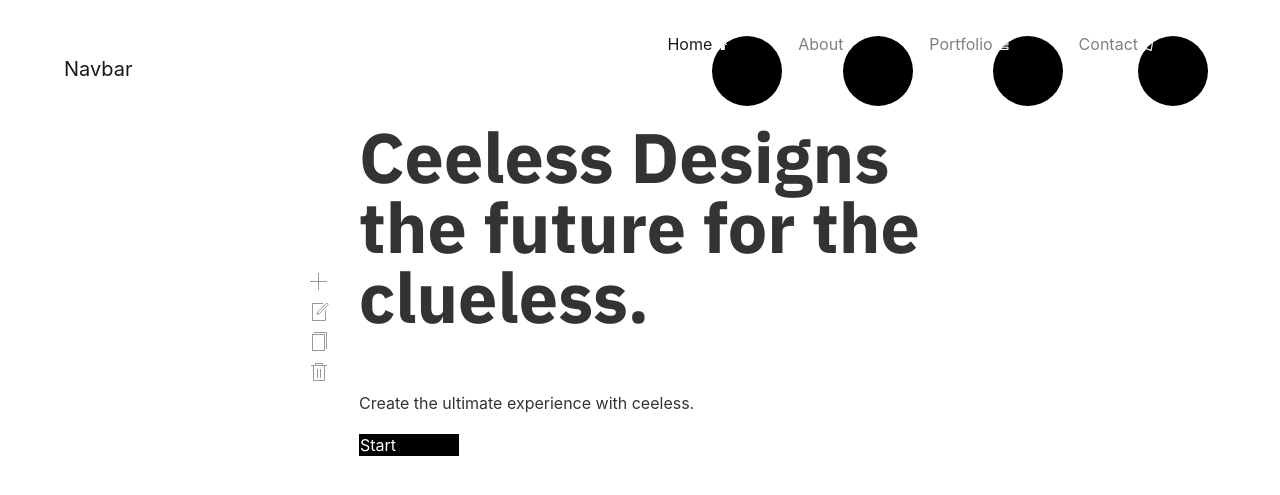
Repository: latenightsnacc/ceeless
Page: index.html
The author's editor kept a copy of each file at every save. The page is drawn from the files as they stood at one save, then again after the next save.
The browser window is 1280 px wide. The pictures show the whole page.
Some web libraries are served in a nearby version. The style sheet was rebuilt from its Sass, Less or Tailwind sources for each picture, by a compiler version that may differ from the author's.

Above is the page before, as saved 2020-06-11 16:34:51.

### index.html
<!DOCTYPE html>
<html lang="en">
<head>
    <meta charset="UTF-8">
    <meta name="viewport" content="width=device-width, initial-scale=1.0">

    <!--Bootstrap-->
    <link rel="stylesheet" href="https://stackpath.bootstrapcdn.com/bootstrap/4.5.0/css/bootstrap.min.css" integrity="sha384-9aIt2nRpC12Uk9gS9baDl411NQApFmC26EwAOH8WgZl5MYYxFfc+NcPb1dKGj7Sk" crossorigin="anonymous">

    <!-- UIkit CSS -->
    <link rel="stylesheet" href="https://cdn.jsdelivr.net/npm/uikit@3.5.3/dist/css/uikit.min.css" />

    <!--Font Awesome Icons-->
    <link rel="stylesheet" href="https://maxcdn.bootstrapcdn.com/font-awesome/4.4.0/css/font-awesome.min.css">

    <!--Custom Stylesheet-->
    <link rel="stylesheet" href="Styles/stylesheet.css">

    <!--Page Title-->
    <title>Ceeless | Licorne Technologies</title>
</head>
<body>
    <main class="wrapper ml-5 mr-5">
        <!--NavBar-->
        <nav class="navbar navbar-expand-lg navbar-light bg-transparent mt-3">
            <!--Logo-->
            <a class="navbar-brand" href="#">Navbar</a>
            <!--Mobile NavBar Icon-->
            <div class="navbar-toggler" type="button" data-toggle="collapse" data-target="#navbarTogglerDemo03" aria-controls="navbarTogglerDemo03" aria-expanded="false" aria-label="Toggle navigation">
                <div class="nav-icon">
                    <span class="long-bar-one"></span>
                    <span class="short-bar-two"></span>
                    <span class="long-bar-three"></span>
                </div>
            </div>
            <div class="collapse navbar-collapse" id="navbarTogglerDemo03">
              <ul class="navbar-nav ml-auto mt-2 mt-lg-0">
                <li class="nav-item active">
                  <a class="nav-link" href="#"><span class="menu-text">Home</span><i class="fa fa-home"></i><span class="sr-only">(current)</span></a>
                </li>
                <li class="nav-item">
                  <a class="nav-link" href="#"><span class="menu-text">About</span><i class="fa fa-info"></i></a>
                </li>
                <li class="nav-item">
                  <a class="nav-link" href="#"><span class="menu-text">Portfolio</span><i class="fa fa-tasks" aria-hidden="true"></i></a>
                </li>
                <li class="nav-item">
                    <a class="nav-link" href="#"><span class="menu-text">Contact</span><i class="fa fa-send-o"></i></a>
                  </li>
              </ul>
            </div>
        </nav>
        <!--End of NavBar-->

        <!--Header wrapper-->
        <section class="header-wrapper container-fluid">
            <div class="row">
                <!--Social Icons-->
                <div class="col-3">
                    <ul class="uk-iconnav uk-iconnav-vertical uk-align-right@s align-middle	">
                        <li><a href="#" uk-icon="icon: plus"></a></li>
                        <li><a href="#" uk-icon="icon: file-edit"></a></li>
                        <li><a href="#" uk-icon="icon: copy"></a></li>
                        <li><a href="#" uk-icon="icon: trash"></a></li>
                    </ul>
                </div>
                <!--Header Message-->
                <div class="col-9 header-text">
                    <div class="card w-75">
                        <h1>Ceeless Designs the future for the clueless.</h1>
                        <h5>Create the ultimate experience with ceeless.</h5>
                        <a href="#" class="action-btn">Start</a>
                    </div>
                </div>
            </div>
        </section>
        <!--End of Header wrapper-->
    </main>

    <!-- JS, Popper.js, and jQuery -->
    <script src="https://code.jquery.com/jquery-3.5.1.slim.min.js" integrity="sha384-DfXdz2htPH0lsSSs5nCTpuj/zy4C+OGpamoFVy38MVBnE+IbbVYUew+OrCXaRkfj" crossorigin="anonymous"></script>
    <script src="https://cdn.jsdelivr.net/npm/popper.js@1.16.0/dist/umd/popper.min.js" integrity="sha384-Q6E9RHvbIyZFJoft+2mJbHaEWldlvI9IOYy5n3zV9zzTtmI3UksdQRVvoxMfooAo" crossorigin="anonymous"></script>
    <script src="https://stackpath.bootstrapcdn.com/bootstrap/4.5.0/js/bootstrap.min.js" integrity="sha384-OgVRvuATP1z7JjHLkuOU7Xw704+h835Lr+6QL9UvYjZE3Ipu6Tp75j7Bh/kR0JKI" crossorigin="anonymous"></script>
    <!-- UIkit JS -->
    <script src="https://cdn.jsdelivr.net/npm/uikit@3.5.3/dist/js/uikit.min.js"></script>
    <script src="https://cdn.jsdelivr.net/npm/uikit@3.5.3/dist/js/uikit-icons.min.js"></script>
</body>
</html>

### Styles/stylesheet.scss
@import 'variables';
@import 'navbar';
@import 'header';

*{
    margin: 0;
    padding: 0;
    text-decoration: none;
    list-style: none;
}
body{
    background-color: white;
}

### Styles/_variables.scss
@import url('https://fonts.googleapis.com/css2?family=IBM+Plex+Sans:wght@700&display=swap');

$header-font: 'IBM Plex Sans', sans-serif;
$dark: black;
$light: white;

### Styles/navbar.scss
@import 'variables';

.navbar-toggler{
    border: none;
    .nav-icon{
        display: flex;
        flex-direction: column;
        .long-bar-one, .long-bar-three, .short-bar-two{
            border: 2px solid $dark;
            margin-bottom: 5px;
        }
        .long-bar-one, .long-bar-three{
            width: 33px;
        }
        .short-bar-two{
            width: 20px;
        }

        &:hover{
            .long-bar-one, .long-bar-three{
                width: 20px;
                transition: width 300ms ease-in-out 0s;

            }
            .short-bar-two{
                width: 33px;

            }
        }
    }
}
.nav-item {
    .fa{
        background-color: $dark;
        color: $light;
        height: 70px;
        width: 70px;
        border-radius: 50%;
    }
}

### Styles/header.scss
@import 'variables';

.align-middle{
    display: flex;
    flex-direction: column;
    justify-content: center;
    height: 400px;
}
.header-wrapper{
    .header-text{
        .card{
            border: none;
            display: flex;
            flex-direction: column;
            justify-content: center;

            h1{
                font-size: 70px;
                line-height: 70px;
                font-family: $header-font;
            }
        }
    }
}
a.action-btn {
    border: 1px solid $dark;
    background-color: $dark;
    width: 100px;
    color: $light;
    line-height: 20px;
    &:hover{
        text-decoration: none;
    }

}

After the next save:
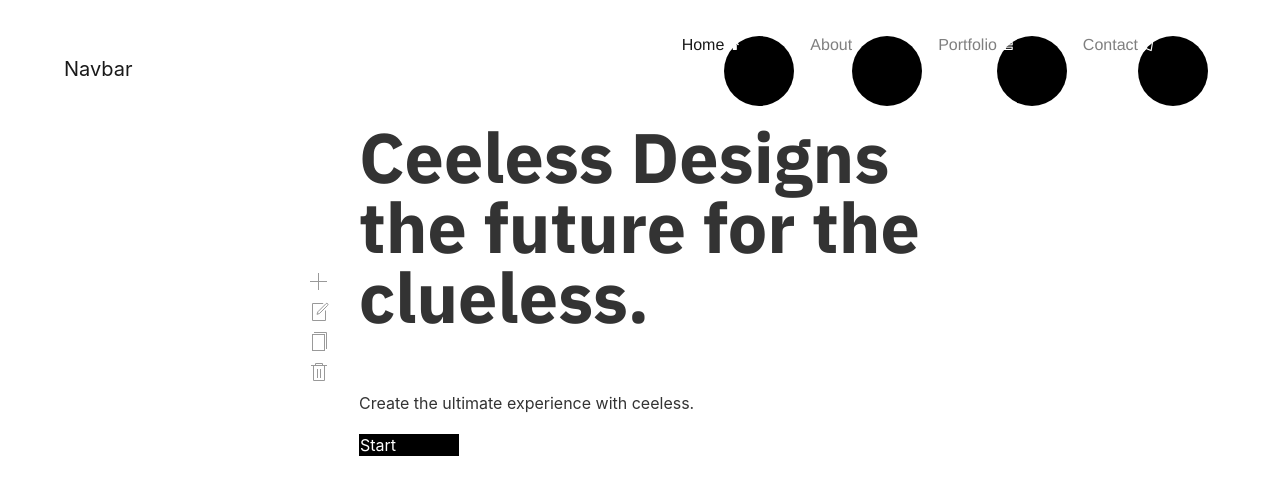
Saved 69 s later.
--- a/Styles/navbar.scss
+++ b/Styles/navbar.scss
@@ -30,6 +30,9 @@
     }
 }
 .nav-item {
+    .menu-text{
+        font-family: 'Franklin Gothic Medium', 'Arial Narrow', Arial, sans-serif;
+    }
     .fa{
         background-color: $dark;
         color: $light;
